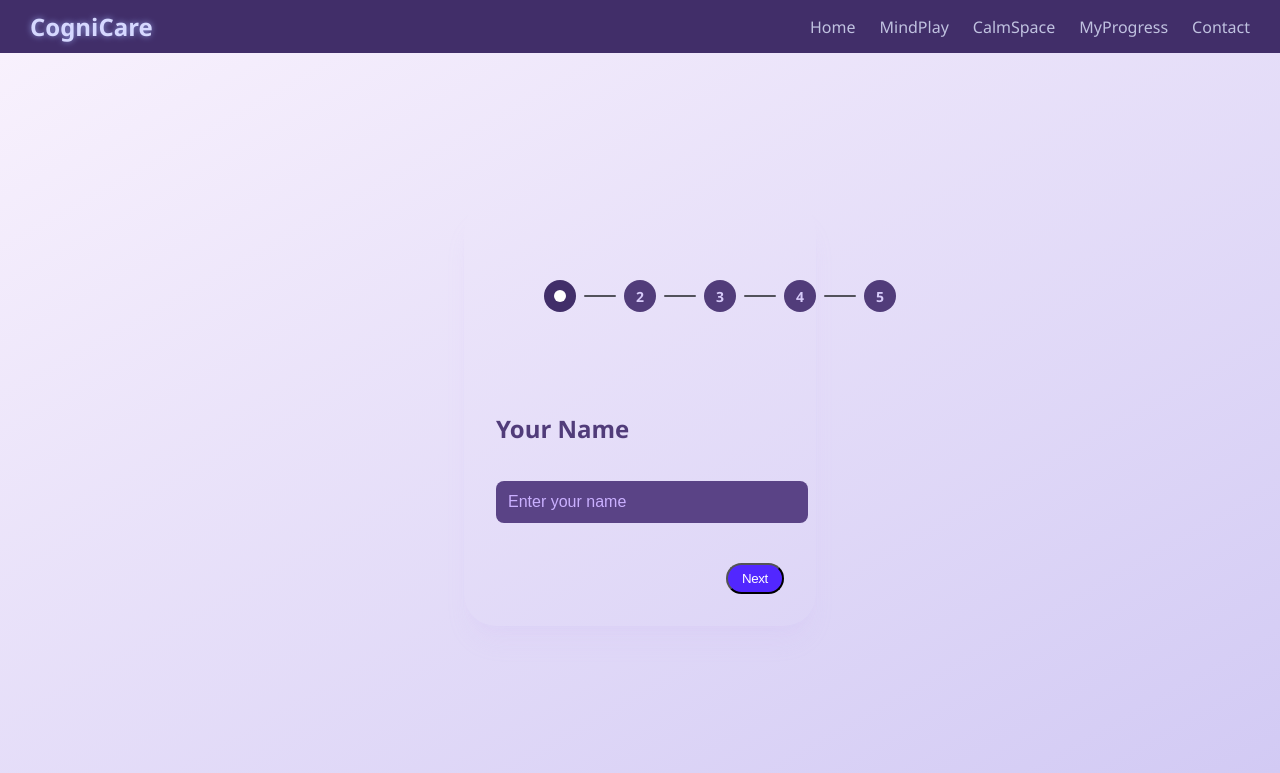
Repository: rujularaut/CogniCare
Page: /signup
These files come from the project's save history. The page is drawn as it stood at one moment and after the next save; the edit follows.
The browser window is 1280 px wide. The pictures show the whole page.
The project was rebuilt for these pictures with package versions that can differ from the ones it lists, and the page was loaded fresh each time. Also part of the build but not shown: src/components/Welcome.css, src/components/Welcome.js, src/components/Particles.css, src/components/Particles.js, src/components/Meditation.css, src/components/Meditation.js, src/components/Signup.css, src/components/Signup.js and 2 more.

Above is the page before, as saved 2025-06-24 14:48:29.

### src/App.js
import React from 'react';
import { BrowserRouter as Router, Routes, Route } from 'react-router-dom';
import './App.css';
import Welcome from './components/Welcome';
import Meditation from './components/Meditation';
import Signup from './components/Signup'; // ✅ Confirm this file exists
import Login from './components/Login';
import SignupStepper from './components/SignupStepper';

function App() {
  return (
    <Router>
      <div className="App">
        <nav>
          <div className="logo">CogniCare</div>
          <ul>
            <li><a href="/">Home</a></li>
            <li><a href="#">MindPlay</a></li>
            <li><a href="#">CalmSpace</a></li>
            <li><a href="#">MyProgress</a></li>
            <li><a href="#">Contact</a></li>
          </ul>
        </nav>

        <Routes>
          <Route path="/" element={
            <>
              <header>
                <h1>Welcome to CogniCare</h1>
                <p>Your mental health companion</p>
              </header>
              <Welcome />
              <Meditation />
            </>
          } />
          <Route path="/signup" element={<SignupStepper />} />
          <Route path="/signup" element={<Signup />} />
          <Route path="/login" element={<Login />} />
        </Routes>
      </div>
    </Router>
  );
}

export default App;

### src/App.css
body {
  margin: 0;
  padding: 0;
  font-family: 'Segoe UI', sans-serif;
  background-color: #0a001a;
  color: #d6d8ff;
}

nav {
  background-color: #412e69;
  color: #d6d8ff;
  display: flex;
  justify-content: space-between;
  align-items: center;
  padding: 10px 30px;
  box-shadow: 0 0 15px #a9b0ff20;
}

.logo {
  font-size: 24px;
  font-weight: bold;
  color: #d6d8ff;
  text-shadow: 0 0 6px #8b92d7;
}

nav ul {
  list-style: none;
  display: flex;
  gap: 24px;
  margin: 0;
  padding: 0;
}

nav ul li a {
  text-decoration: none;
  color: #c0c2e0;
  font-weight: 500;
  transition: color 0.3s ease;
}

nav ul li a:hover {
  color: #f7c258;
  text-shadow: 0 0 6px #a9b0ff;
}

header {
  background-color: #513c7a;
  padding: 5px;
  text-align: center;
  border-bottom: 6px solid #25003e;
}

h1 {
  margin-bottom: 10px;
  font-size: 45px;
  color: #d6d8ff;
  text-shadow: 0 0 10px #6c72ac;
}

p {
  font-size: 17px;
  color: #d6d8ff;
}

### src/components/SignupStepper.js
import React, { useState } from 'react';
import Stepper, { Step } from './Stepper';
import './SignupStepper.css';

const SignupStepper = () => {
  const [formData, setFormData] = useState({
    name: '',
    age: '',
    email: '',
    password: '',
  });

  const handleChange = (e) => {
    setFormData((prev) => ({ ...prev, [e.target.name]: e.target.value }));
  };

  return (
    <div className="signup-container">
      <Stepper
        initialStep={1}
        onFinalStepCompleted={() => console.log('Form complete', formData)}
        nextButtonText="Next"
        backButtonText="Back"
      >
        <Step>
          <h2>Your Name</h2>
          <input
            name="name"
            type="text"
            placeholder="Enter your name"
            value={formData.name}
            onChange={handleChange}
            required
          />
        </Step>
        <Step>
          <h2>Your Age</h2>
          <input
            name="age"
            type="number"
            placeholder="Enter your age"
            value={formData.age}
            onChange={handleChange}
            required
          />
        </Step>
        <Step>
          <h2>Email ID</h2>
          <input
            name="email"
            type="email"
            placeholder="Enter your email"
            value={formData.email}
            onChange={handleChange}
            required
          />
        </Step>
        <Step>
          <h2>Create Password</h2>
          <input
            name="password"
            type="password"
            placeholder="Create password"
            value={formData.password}
            onChange={handleChange}
            required
          />
        </Step>
        <Step>
          <h2>All Set!</h2>
          <p>Welcome, {formData.name} 🎉</p>
          <p>Already have an account? <a href="/login">Login here</a></p>
        </Step>
      </Stepper>
    </div>
  );
};

export default SignupStepper;

### src/components/Stepper.jsx
import React, { useState, Children, useRef, useLayoutEffect } from "react";
import { motion, AnimatePresence } from "framer-motion";

import "./Stepper.css";

export default function Stepper({
  children,
  initialStep = 1,
  onStepChange = () => { },
  onFinalStepCompleted = () => { },
  stepCircleContainerClassName = "",
  stepContainerClassName = "",
  contentClassName = "",
  footerClassName = "",
  backButtonProps = {},
  nextButtonProps = {},
  backButtonText = "Back",
  nextButtonText = "Continue",
  disableStepIndicators = false,
  renderStepIndicator,
  ...rest
}) {
  const [currentStep, setCurrentStep] = useState(initialStep);
  const [direction, setDirection] = useState(0);
  const stepsArray = Children.toArray(children);
  const totalSteps = stepsArray.length;
  const isCompleted = currentStep > totalSteps;
  const isLastStep = currentStep === totalSteps;

  const updateStep = (newStep) => {
    setCurrentStep(newStep);
    if (newStep > totalSteps) {
      onFinalStepCompleted();
    } else {
      onStepChange(newStep);
    }
  };

  const handleBack = () => {
    if (currentStep > 1) {
      setDirection(-1);
      updateStep(currentStep - 1);
    }
  };

  const handleNext = () => {
    if (!isLastStep) {
      setDirection(1);
      updateStep(currentStep + 1);
    }
  };

  const handleComplete = () => {
    setDirection(1);
    updateStep(totalSteps + 1);
  };

  return (
    <div className="outer-container" {...rest}>
      <div className={`step-circle-container ${stepCircleContainerClassName}`}>
        <div className={`step-indicator-row ${stepContainerClassName}`}>
          {stepsArray.map((_, index) => {
            const stepNumber = index + 1;
            const isNotLastStep = index < totalSteps - 1;
            return (
              <React.Fragment key={stepNumber}>
                {renderStepIndicator ? (
                  renderStepIndicator({
                    step: stepNumber,
                    currentStep,
                    onStepClick: (clicked) => {
                      setDirection(clicked > currentStep ? 1 : -1);
                      updateStep(clicked);
                    },
                  })
                ) : (
                  <StepIndicator
                    step={stepNumber}
                    disableStepIndicators={disableStepIndicators}
                    currentStep={currentStep}
                    onClickStep={(clicked) => {
                      setDirection(clicked > currentStep ? 1 : -1);
                      updateStep(clicked);
                    }}
                  />
                )}
                {isNotLastStep && (
                  <StepConnector isComplete={currentStep > stepNumber} />
                )}
              </React.Fragment>
            );
          })}
        </div>

        <StepContentWrapper
          isCompleted={isCompleted}
          currentStep={currentStep}
          direction={direction}
          className={`step-content-default ${contentClassName}`}
        >
          {stepsArray[currentStep - 1]}
        </StepContentWrapper>

        {!isCompleted && (
          <div className={`footer-container ${footerClassName}`}>
            <div className={`footer-nav ${currentStep !== 1 ? "spread" : "end"}`}>
              {currentStep !== 1 && (
                <button
                  onClick={handleBack}
                  className={`back-button ${currentStep === 1 ? "inactive" : ""}`}
                  {...backButtonProps}
                >
                  {backButtonText}
                </button>
              )}
              <button
                onClick={isLastStep ? handleComplete : handleNext}
                className="next-button"
                {...nextButtonProps}
              >
                {isLastStep ? "Complete" : nextButtonText}
              </button>
            </div>
          </div>
        )}
      </div>
    </div>
  );
}

function StepContentWrapper({ isCompleted, currentStep, direction, children, className }) {
  const [parentHeight, setParentHeight] = useState(0);

  return (
    <motion.div
      className={className}
      style={{ position: "relative", overflow: "hidden" }}
      animate={{ height: isCompleted ? 0 : parentHeight }}
      transition={{ type: "spring", duration: 0.4 }}
    >
      <AnimatePresence initial={false} mode="sync" custom={direction}>
        {!isCompleted && (
          <SlideTransition key={currentStep} direction={direction} onHeightReady={(h) => setParentHeight(h)}>
            {children}
          </SlideTransition>
        )}
      </AnimatePresence>
    </motion.div>
  );
}

function SlideTransition({ children, direction, onHeightReady }) {
  const containerRef = useRef(null);

  useLayoutEffect(() => {
    if (containerRef.current) onHeightReady(containerRef.current.offsetHeight);
  }, [children, onHeightReady]);

  return (
    <motion.div
      ref={containerRef}
      custom={direction}
      variants={stepVariants}
      initial="enter"
      animate="center"
      exit="exit"
      transition={{ duration: 0.4 }}
      style={{ position: "absolute", left: 0, right: 0, top: 0 }}
    >
      {children}
    </motion.div>
  );
}

const stepVariants = {
  enter: (dir) => ({
    x: dir >= 0 ? "-100%" : "100%",
    opacity: 0,
  }),
  center: {
    x: "0%",
    opacity: 1,
  },
  exit: (dir) => ({
    x: dir >= 0 ? "50%" : "-50%",
    opacity: 0,
  }),
};

export function Step({ children }) {
  return <div className="step-default">{children}</div>;
}

function StepIndicator({ step, currentStep, onClickStep, disableStepIndicators }) {
  const status = currentStep === step ? "active" : currentStep < step ? "inactive" : "complete";

  const handleClick = () => {
    if (step !== currentStep && !disableStepIndicators) onClickStep(step);
  };

  return (
    <motion.div onClick={handleClick} className="step-indicator" animate={status} initial={false}>
      <motion.div
        variants={{
          inactive: { scale: 1, backgroundColor: "#513c7a", color: "#d7cbf9" },
          active: { scale: 1, backgroundColor: "#412e69", color: "#d7cbf9" },
          complete: { scale: 1, backgroundColor: "#412e69", color: "#d7cbf9" },
        }}
        transition={{ duration: 0.3 }}
        className="step-indicator-inner"
      >
        {status === "complete" ? (
          <CheckIcon className="check-icon" />
        ) : status === "active" ? (
          <div className="active-dot" />
        ) : (
          <span className="step-number">{step}</span>
        )}
      </motion.div>
    </motion.div>
  );
}

function StepConnector({ isComplete }) {
  const lineVariants = {
    incomplete: { width: 0, backgroundColor: "transparent" },
    complete: { width: "100%", backgroundColor: "#5227FF" },
  };

  return (
    <div className="step-connector">
      <motion.div
        className="step-connector-inner"
        variants={lineVariants}
        initial={false}
        animate={isComplete ? "complete" : "incomplete"}
        transition={{ duration: 0.4 }}
      />
    </div>
  );
}

function CheckIcon(props) {
  return (
    <svg {...props} fill="none" stroke="currentColor" strokeWidth={2} viewBox="0 0 24 24">
      <motion.path
        initial={{ pathLength: 0 }}
        animate={{ pathLength: 1 }}
        transition={{ delay: 0.1, type: "tween", ease: "easeOut", duration: 0.3 }}
        strokeLinecap="round"
        strokeLinejoin="round"
        d="M5 13l4 4L19 7"
      />
    </svg>
  );
}

### src/components/SignupStepper.css
.signup-container {
background: linear-gradient(to bottom right, #f8f1fd, #d2caf4);
  color: #513c7a;
  min-height: 100vh;
  display: flex;
  justify-content: center;
  align-items: center;
}

input {
  width: 100%;
  padding: 12px;
  margin-top: 1em;
  border-radius: 8px;
  border: none;
  font-size: 16px;
  background-color: #5a4386;
  color: #d7cbf9;
}

input::placeholder {
  color: #cab0ff;
}

### src/components/Stepper.css
.outer-container {
  display: flex;
  min-height: 100%;
  flex: 1 1 0%;
  flex-direction: column;
  align-items: center;
  justify-content: center;
  padding: 1rem;
}

@media (min-width: 640px) {
  .outer-container {
    aspect-ratio: 4 / 3;
  }
}

@media (min-width: 768px) {
  .outer-container {
    aspect-ratio: 2 / 1;
  }
}

.step-circle-container {
  margin-left: auto;
  margin-right: auto;
  width: 100%;
  max-width: 22rem;
  border-radius: 2rem;
  box-shadow: 0 20px 25px -5px rgba(207, 178, 246, 0.1),
    0 10px 10px -5px rgba(193, 176, 247, 0.04);
}

.step-indicator-row {
  display: flex;
  width: 100%;
  align-items: center;
  padding: 5rem;
}

.step-content-default {
  position: relative;
  overflow: hidden;
}

.step-default {
  padding-left: 2rem;
  padding-right: 2rem;
}

.footer-container {
  padding-left: 2rem;
  padding-right: 2rem;
  padding-bottom: 2rem;
}

.footer-nav {
  margin-top: 2.5rem;
  display: flex;
}

.footer-nav.spread {
  justify-content: space-between;
}

.footer-nav.end {
  justify-content: flex-end;
}

.back-button {
  transition: all 350ms;
  border-radius: 0.25rem;
  padding: 0.25rem 0.5rem;
  color: #a3a3a3;
  cursor: pointer;
}

.back-button:hover {
  color: #52525b;
}

.back-button.inactive {
  pointer-events: none;
  opacity: 0.5;
  color: #a3a3a3;
}

.next-button {
  transition: all 350ms;
  display: flex;
  align-items: center;
  justify-content: center;
  border-radius: 9999px;
  background-color: #5227FF;
  color: #fff;
  font-weight: 500;
  letter-spacing: -0.025em;
  padding: 0.375rem 0.875rem;
  cursor: pointer;
}

.next-button:hover {
  background-color: #5227FF;
}

.next-button:active {
  background-color: #5227FF;
}

.step-indicator {
  position: relative;
  cursor: pointer;
  outline: none;
}

.step-indicator-inner {
  display: flex;
  height: 2rem;
  width: 2rem;
  align-items: center;
  justify-content: center;
  border-radius: 9999px;
  font-weight: 600;
}

.active-dot {
  height: 0.75rem;
  width: 0.75rem;
  border-radius: 9999px;
  background-color: #fff;
}

.step-number {
  font-size: 0.875rem;
}

.step-connector {
  position: relative;
  margin-left: 0.5rem;
  margin-right: 0.5rem;
  height: 0.125rem;
  flex: 1;
  overflow: hidden;
  border-radius: 0.25rem;
  background-color: #52525b;
}

.step-connector-inner {
  position: absolute;
  left: 0;
  top: 0;
  height: 100%;
}

.check-icon {
  height: 1rem;
  width: 1rem;
  color: #fff;
}

Loaded but not shown: public/index.html (common file); src/index.js (common file); src/index.css (common file)

After the next save:
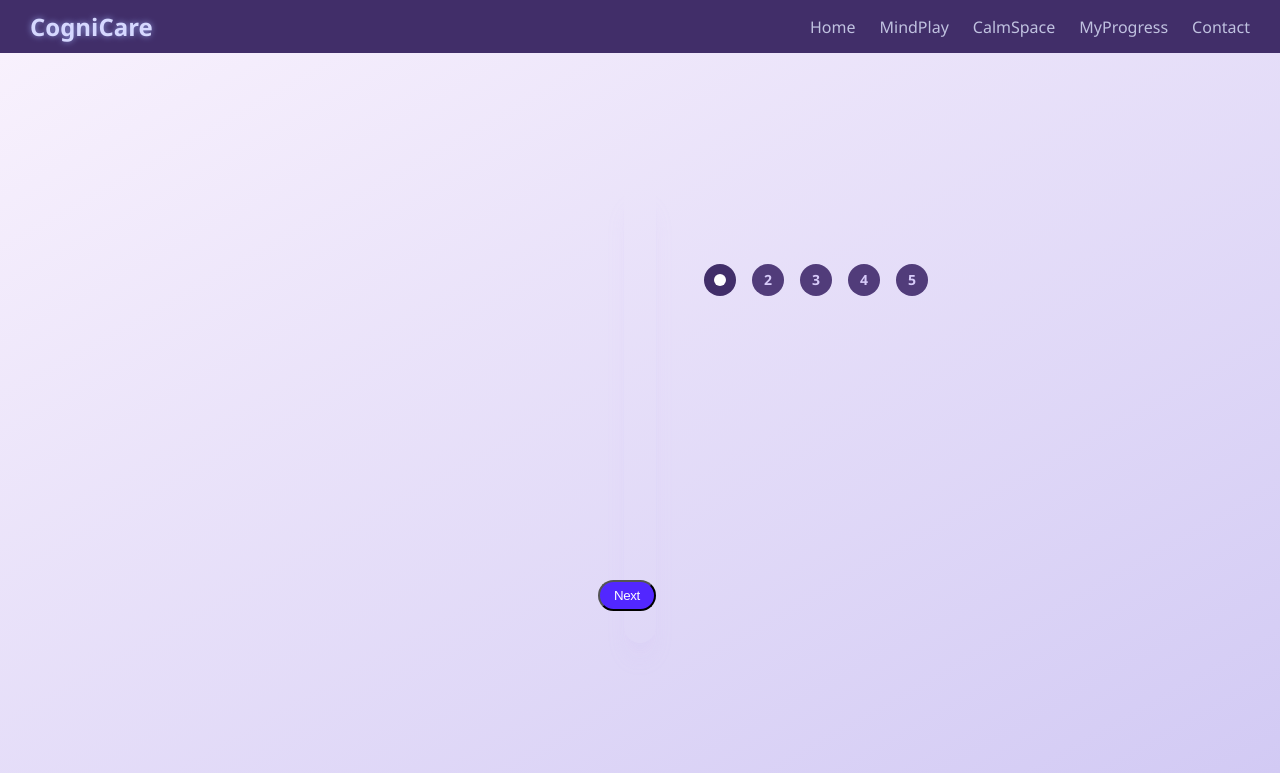
Saved 4 s later.
--- a/src/components/Stepper.css
+++ b/src/components/Stepper.css
@@ -24,7 +24,7 @@
   margin-left: auto;
   margin-right: auto;
   width: 100%;
-  max-width: 22rem;
+  max-width: 2rem;
   border-radius: 2rem;
   box-shadow: 0 20px 25px -5px rgba(207, 178, 246, 0.1),
     0 10px 10px -5px rgba(193, 176, 247, 0.04);
